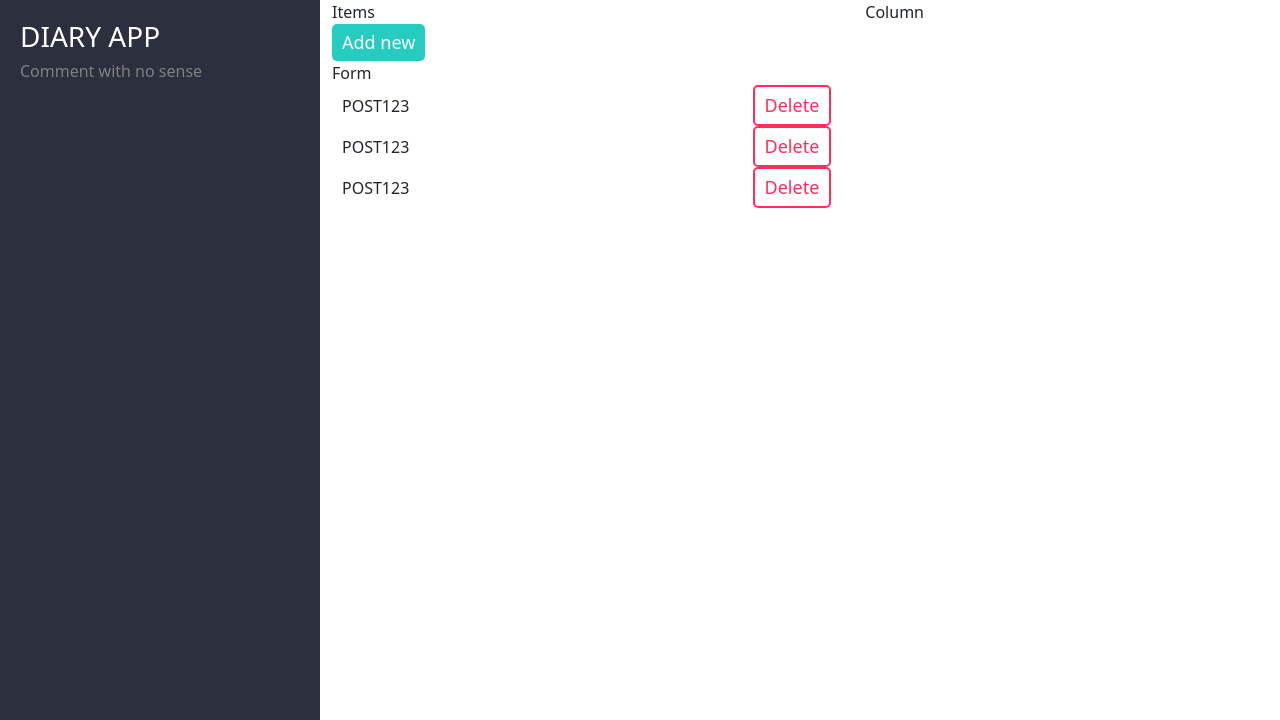
Repository: tsydikov/diary
Page: /
An editor plug-in stored every save of this project. The page is shown before and after the next save, followed by the edit.
The browser window is 1280 px wide. The pictures show the whole page.
The project was rebuilt for these pictures with package versions that can differ from the ones it lists, and the page was loaded fresh each time.

Above is the page before, as saved 2021-09-10 19:51:06.

### public/index.html
<!DOCTYPE html>
<html lang="en">
  <head>
    <meta charset="utf-8" />
    <meta name="viewport" content="width=device-width, initial-scale=1" />
    <link href="https://cdn.jsdelivr.net/npm/bootstrap@5.1.1/dist/css/bootstrap.min.css" rel="stylesheet" integrity="sha384-F3w7mX95PdgyTmZZMECAngseQB83DfGTowi0iMjiWaeVhAn4FJkqJByhZMI3AhiU" crossorigin="anonymous">
    <title>Diary App</title>
  </head>
  <body>
    <noscript>You need to enable JavaScript to run this app.</noscript>
    <div id="root"></div>
  </body>
</html>

### src/App.js
import React from "react";
import Button from "./UI/Buttons/Button";
import Navbar from "./UI/Navbar/Navbar";
import './styles/App.css'
import Item from "./components/Item";

function App() {
  return (
    <div class="container-fluid" >
      <div class="row " >
        <div class="col-3 px-0" >
          <Navbar />
        </div>
        <div class="col-5">
          Items
          <div><Button>Add new</Button></div>Form
         <Item />
         <Item />
         <Item />
        </div>
        <div class="col-4">
          Column
    </div>
      </div>
    </div>
  );
}

export default App;

### src/UI/Buttons/Button.jsx
import React from 'react'
import cl from "./Button.module.css";

const Button = ({ children, ...props }) => {
    return (
        <button {...props} className={cl.Btn}>
            {children}
        </button>
    )
}

export default Button;

### src/UI/Navbar/Navbar.jsx
import React from 'react';
import cl from './Navbar.module.css'
// style={{background:'red'}}
const Navbar = () => {
    return (
        <div className={cl.container} >
            <h1>diary app</h1>
            <h3>Comment with no sense</h3>
        </div>
    );
};

export default Navbar;

### src/styles/App.css
* {
    margin: 0;
    padding: 0;
    box-sizing: border-box;
}

#root {
    display: flex;
    flex-direction: column;
    align-items: center;
}

.item_cotainer {
    display: flex;
    justify-content: space-between;
    align-items: center;
    padding: 0 10px;
}

### src/components/Item.jsx
import React from 'react';
import ButtonDelete from '../UI/Buttons/ButtonDelete';

const Item = () => {
    return (
        <div className="item_cotainer">
              <div>
                POST<span>123</span>
              </div>
              <ButtonDelete>
                Delete
                </ButtonDelete>
            </div>
    );
};

export default Item;

### src/UI/Buttons/Button.module.css
.Btn {
    padding: 5px 10px;
    color: white;
    font-size: 18px;
    border: none;
    cursor: pointer;
    background-color: #27ccc0;
    border-radius: 5px;
    display:flex;
    align-items:stretch;
    text-align: center;
}
.BtnDel {
    padding: 5px 10px;
    color: #ff2f5a;
    font-size: 18px;
    border: 2px solid #ff2f5a;
    cursor: pointer;
    background-color: white;
    border-radius: 5px;
    display:flex;
    align-items:stretch;
    text-align: center;
}

/* .BtnCancel svg {
    height: 1rem;
    padding-right: 5px;
    padding-bottom: 3px;
} */

### src/UI/Navbar/Navbar.module.css
.container {
    background: #2b2f3e;
    height: 100vh;
    padding: 20px;
    /* width: initial; */
}

.container h1 {
    text-transform: uppercase;
    color:white;
    font-size: 28px;
    font-weight:200;
}

.container h3 {
    color:grey;
    font-size: 16px;
    font-weight:200;
}

### src/UI/Buttons/ButtonDelete.jsx
import React from 'react'
import cl from "./Button.module.css";

const ButtonDelete = ({ children, ...props }) => {
    return (
        <button {...props} className={cl.BtnDel}>
            {children}
        </button>
    )
}

export default ButtonDelete;

Loaded but not shown: src/index.js (common file)

After the next save:
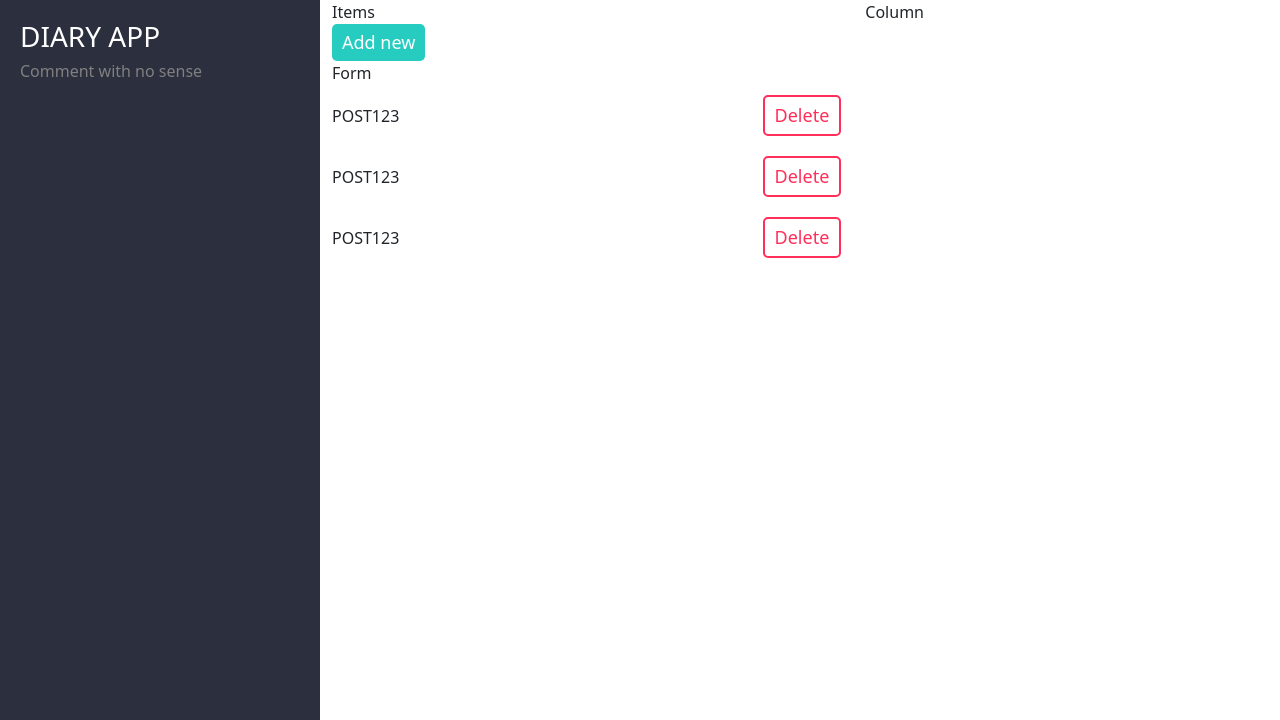
Saved 10 s later.
--- a/src/styles/App.css
+++ b/src/styles/App.css
@@ -14,5 +14,5 @@
     display: flex;
     justify-content: space-between;
     align-items: center;
-    padding: 0 10px;
+    padding: 10px 0;
 }
